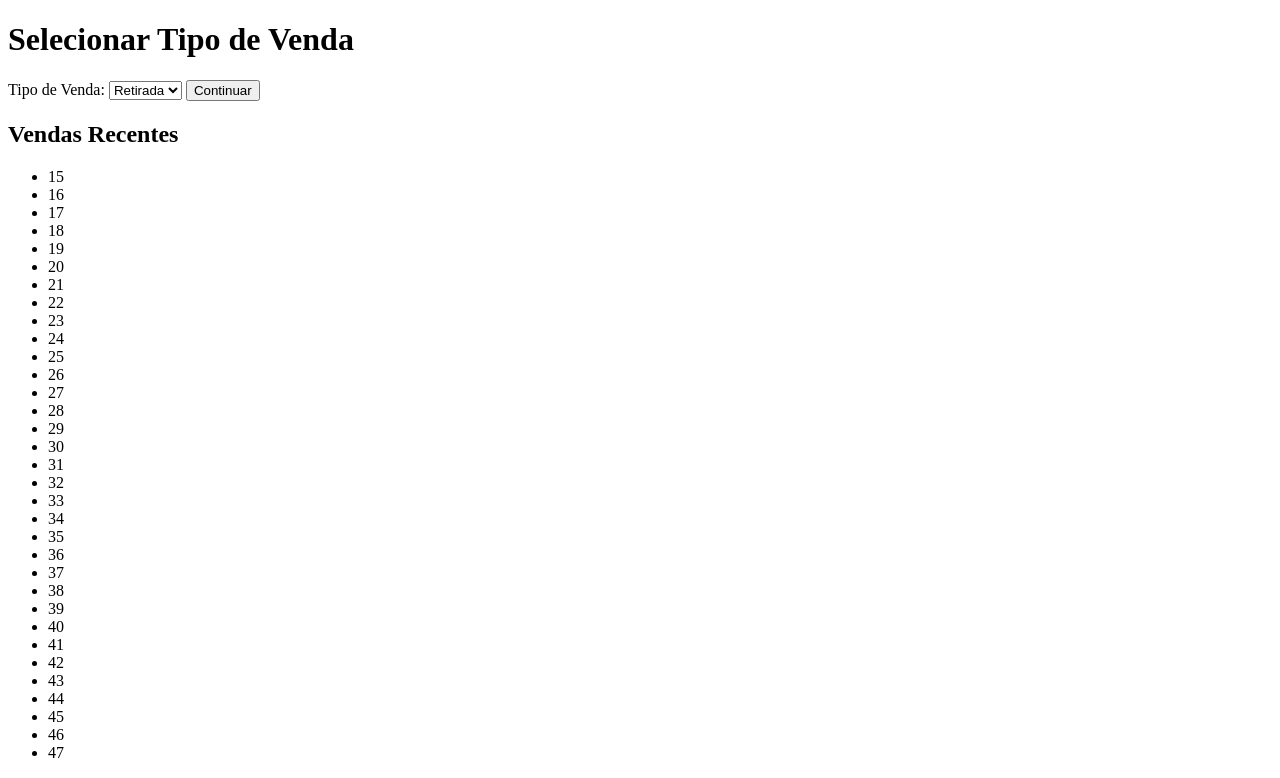
Repository: joaobatistafrontend/ven
Page: http://localhost/
The author's editor kept a copy of each file at every save. The page is drawn from the files as they stood at one save, then again after the next save.
The browser window is 1280 px wide. The pictures show the whole page.
The page is served by the project's application, run on Django 4.2 (manage.py). The page reads the database file committed with the project.

Above is the page before, as saved 2024-08-20 15:07:58.

After the next save:
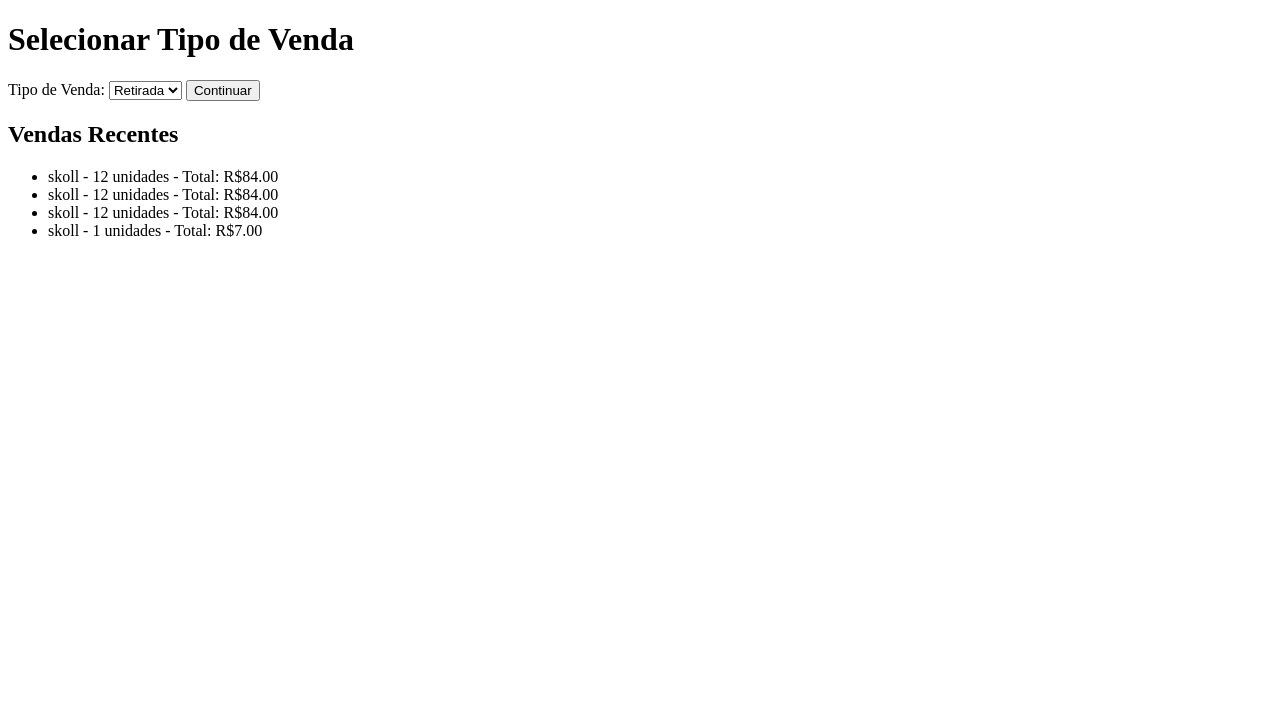
Saved 108 s later.
--- a/core/views.py
+++ b/core/views.py
@@ -10,7 +10,7 @@ class Index(View):
 
     def get(self, request):
         tipo_venda = TipoVenda.objects.all()
-        todas_vendas = Venda.objects.all()  # Use Venda para listar vendas
+        todas_vendas = VendaDoProduto.objects.all()
         return render(request, self.template_name, {'todas_vendas': todas_vendas, 'tipo_venda': tipo_venda})
 
     def post(self, request):
@@ -23,8 +23,10 @@ class Index(View):
 
         tipo_venda = get_object_or_404(TipoVenda, id=tipo_venda_id)
 
+        # Cria uma nova venda com o tipo selecionado
         nova_venda = Venda.objects.create(tipo_venda=tipo_venda)
 
+        # Define o formulário baseado no tipo de venda
         if tipo_venda.tipo == 'Entrega':
             form = VendaEntregaForm(request.POST or None)
         elif tipo_venda.tipo == 'Retirada':
